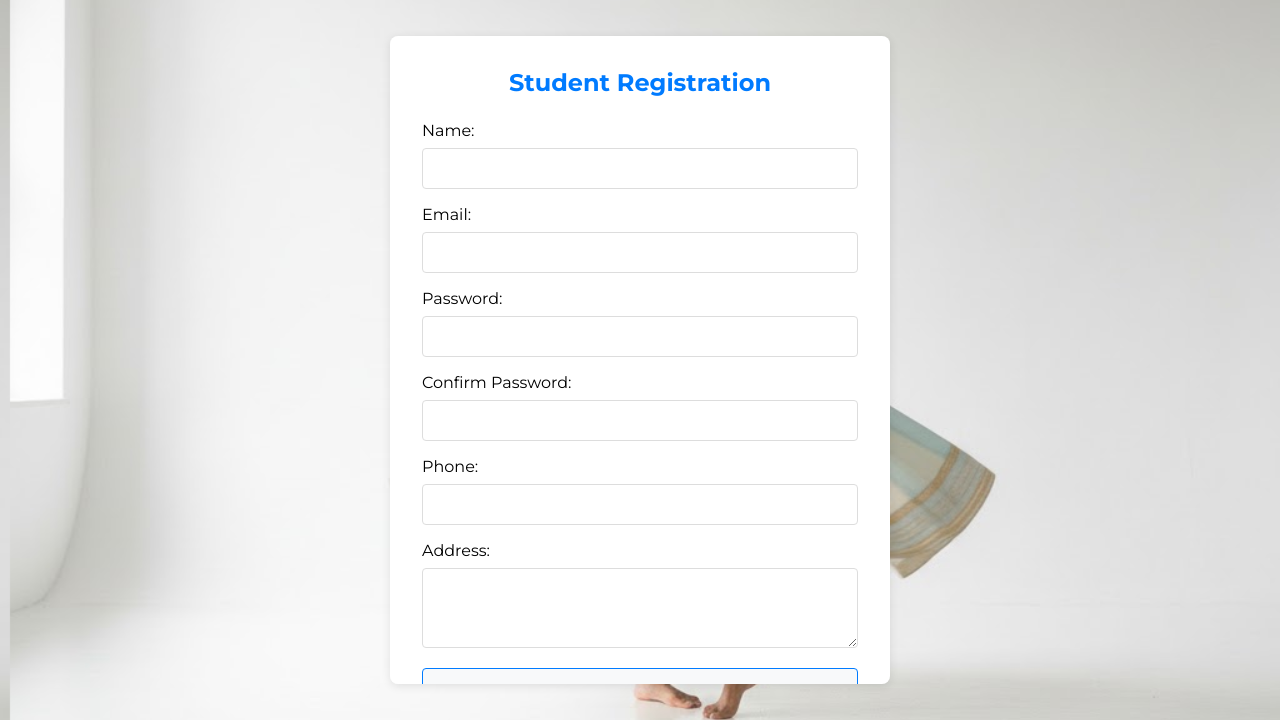
Repository: Priyadharshini-J-CSE/StepSync_Dance_Mangement_System
Page: /user-register (app in frontend/)
An editor plug-in stored every save of this project. The page is shown before and after the next save, followed by the edit.
The browser window is 1280 px wide. The pictures show the whole page.
An inner scrolling area shows only its first screen. Some web fonts or font styles are not loaded; a fallback is used. Some web libraries are served in a nearby version. The project was rebuilt for these pictures with package versions that can differ from the ones it lists, and the page was loaded fresh each time. Also part of the build but not shown: frontend/src/index.css, frontend/src/pages/LandingPage.js, frontend/src/components/Alert.js, frontend/src/pages/UserLogin.js, frontend/src/pages/AdminLogin.js, frontend/src/pages/AdminRegister.js, frontend/src/pages/ForgotPassword.js, frontend/src/components/Navbar.js and 17 more.

Above is the page before, as saved 2025-12-18 10:47:53.

After the next save:
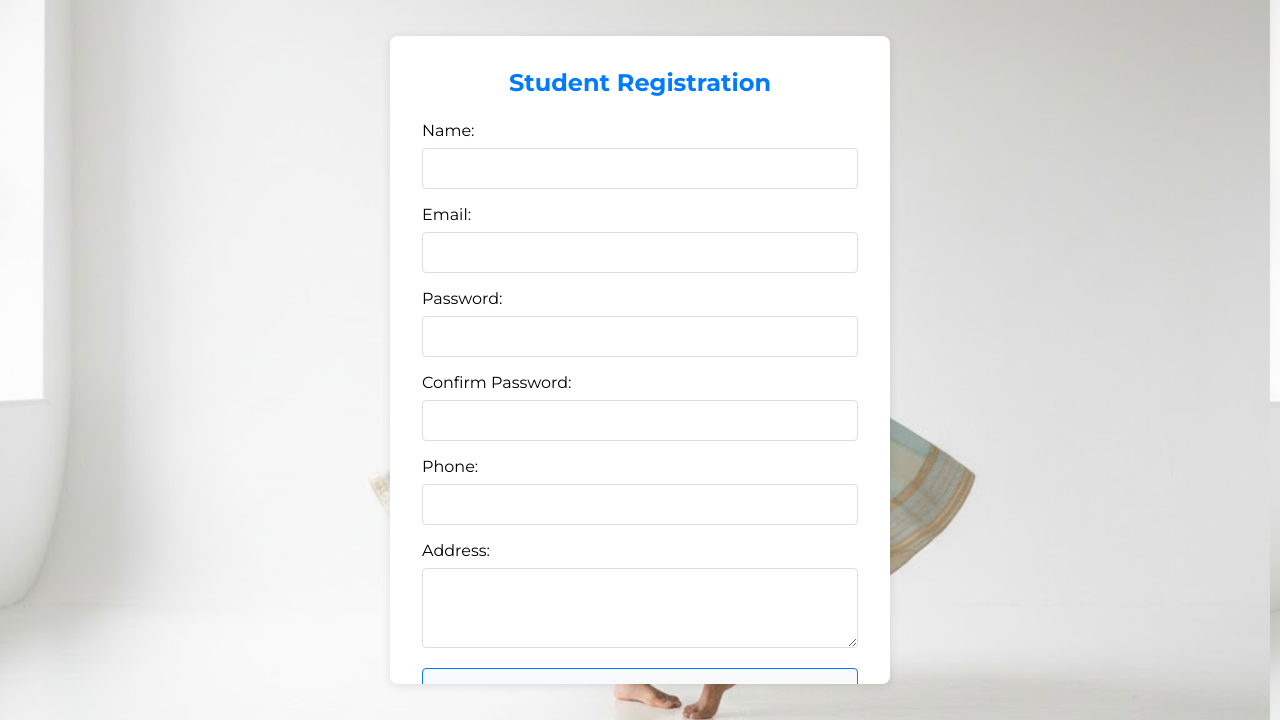
Saved 11 s later.
--- a/frontend/src/pages/UserRegister.js
+++ b/frontend/src/pages/UserRegister.js
@@ -65,7 +65,7 @@ const UserRegister = () => {
       padding: '1rem',
       backgroundImage: 'url(/image.jpg)',
       backgroundSize: 'cover',
-      backgroundPosition: 'bottom 30% left 10px',
+      backgroundPosition: 'bottom 30% right 10px',
       backgroundAttachment: 'fixed'
     }}>
       <form onSubmit={handleSubmit} style={{
